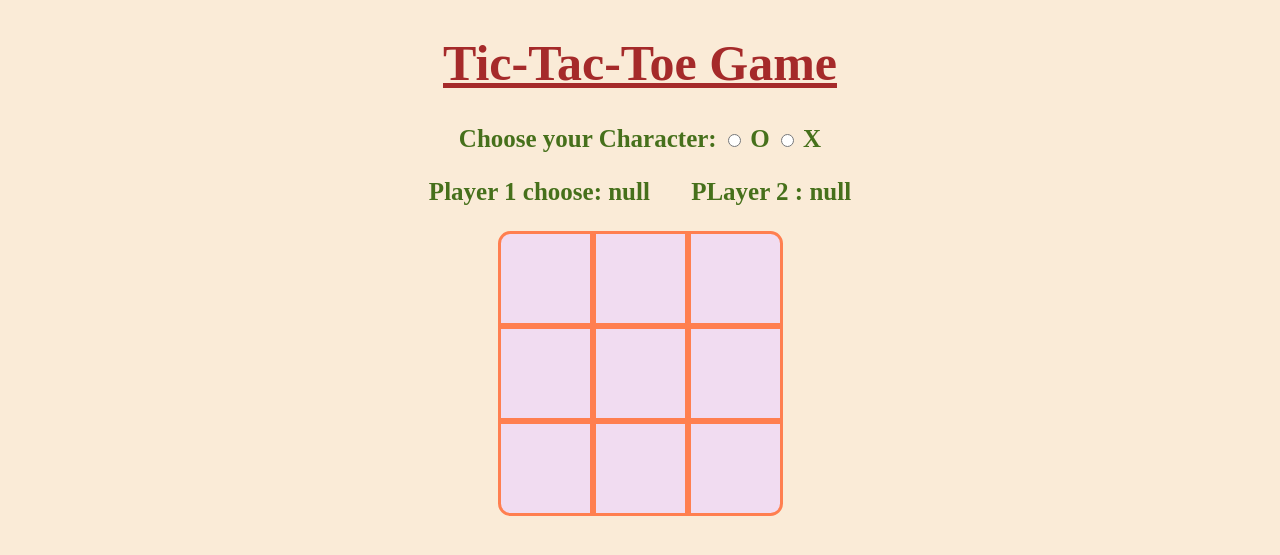
Repository: 0101chaitanya/Tic-Tac-Toe
Page: index.html
These files come from the project's save history. The page is drawn as it stood at one moment and after the next save; the edit follows.
The browser window is 1280 px wide. The pictures show the whole page.

Above is the page before, as saved 2021-06-12 12:45:37.

### index.html
<!DOCTYPE html>
<html>

<head>
    <meta charset="utf-8">
    <title>Tic-Tac-Toe Game</title>
    <meta name="viewport" content="width=device-width, initial-scale=1">

    <link rel="stylesheet" href="styles.css">
</head>

<body>
    <div id='block1'>
        <h1 id="heading">Tic-Tac-Toe Game</h1>
        <form>
            Choose your Character:
            <input value="O" name="radio" onclick="eventFun.setUser(this)" type="radio">
            <label for="O">O</label>
            <input value="X" name="radio" onclick="eventFun.setUser(this)" type="radio">
            <label for="X">X</label>

        </form>
        <div id="player">
            <span id='1'>Player 1 choose:</span>
            <span id='2'>PLayer 2 :</span>
        </div>
        <form id="gameSquare">
            <section id="row1">
                <div id="r1Column1"></div>
                <div id="rlColumn2"></div>
                <div id="rlColumn3"></div>
            </section>
            <section id="row2">
                <div id="r2Column1"></div>
                <div id="r2Column2"></div>
                <div id="r2Column3"></div>
            </section>
            <section id="row3">
                <div id="r3Column1"></div>
                <div id="r3Column2"></div>
                <div id="r3Column3"></div>
            </section>
        </form>
    </div>
    <div id="ResultBox">
        <span id="closebtn">&times;</span>
        <strong id="resultOut"></strong>
    </div>

</body>
<script type="text/javascript" src="script.js"></script>

</html>

### styles.css
:root {
    text-align: center;
    font-weight: bold;
}

* {
    box-sizing: border-box;
}

@media screen and (max-width: 400px) {
     :root {
        font-size: 14px;
    }
}

@media screen and (min-width: 401px) and (max-width: 700px) {
     :root {
        font-size: 18px;
    }
}

@media screen and (min-width: 701px) {
     :root {
        font-size: 25px;
    }
}

body {
    color: rgb(70, 112, 27);
    background: antiquewhite;
    font-weight: bold;
}

h1 {
    color: brown;
    text-decoration: underline;
    text-decoration-style: solid;
}

label>input {
    color: red;
    border: 1px solid;
}

#player {
    display: block;
    margin: 1rem auto 1rem auto;
}

#player>span {
    margin: auto 0.7rem auto 0.7rem;
}

#gameSquare {
    width: min-content;
    height: min-content;
    display: block;
    margin: auto;
}

#gameSquare>section:nth-child(n) {
    /* border-style: solid;
     */
    width: min-content;
    height: min-content;
    display: flex;
    justify-content: center;
    align-items: center;
}

#gameSquare>section:nth-child(n)>div:nth-child(n) {
    display: flex;
    margin: auto;
    width: 3.8rem;
    height: 3.8rem;
    border-style: solid;
    border-width: 0.15rem;
    justify-content: center;
    align-items: center;
    font-size: 1.8rem;
    color: coral;
    background-color: rgb(241, 220, 241);
}

#gameSquare>section:nth-child(1)>div:nth-child(1) {
    border-top-left-radius: 0.5rem;
}

#gameSquare>section:nth-child(1)>div:nth-child(3) {
    border-top-right-radius: 0.5rem;
}

#gameSquare>section:nth-child(3)>div:nth-child(1) {
    border-bottom-left-radius: 0.5rem;
}

#gameSquare>section:nth-child(3)>div:nth-child(3) {
    border-bottom-right-radius: 0.5rem;
}

#ResultBox {
    height: fit-content;
    width: 13rem;
    display: none;
    margin-left: auto;
    margin-right: auto;
    margin-top: 3rem;
    position: relative;
    top: -12rem;
    border-color: rgb(162, 162, 192);
    background-color: rgb(15, 44, 138);
    color: white;
    opacity: 1;
    transition: opacity 0.6s;
    margin-bottom: 15px;
    border-radius: 1rem;
    padding: 1rem;
    text-align: center;
}

#resultOut {
    color: #f0e0e4;
    font-weight: bold;
}

#closebtn {
    margin-left: 15px;
    color: white;
    font-weight: bold;
    float: right;
    font-size: 22px;
    line-height: 20px;
    cursor: pointer;
    transition: 0.3s;
}

#closebtn:hover {
    color: rgb(38, 170, 82);
}

### script.js
"use strict";
let eventFun = (function() {
    let user1Selection, user2Selection, runningCharacter;
    let runningNumber,
        result;

    function init() {
        runningNumber = 0;
    }

    function setUser(given) {
        localStorage.setItem("user1Selection", given.value);
        document.querySelector(`form`).submit();
    }
    user1Selection = localStorage.getItem("user1Selection");
    user2Selection =
        user1Selection != null ? (user1Selection === "X" ? "O" : "X") : null;
    runningCharacter = user1Selection;
    document.getElementById('1').textContent += ` ` + user1Selection || ' ';
    document.getElementById('2').textContent += ` ` + user2Selection || ' ';

    let array = Array.from(
        document.getElementById("gameSquare").querySelectorAll("div")
    );

    function switchRunChar() {
        runningCharacter = runningCharacter === "O" ? "X" : "O";
        runningNumber = runningNumber === 0 ? 1 : 0;
    }

    function text(i) {
        return array[i].textContent;
    }
    let newArray = Array(array.length).fill();

    function arrayCreator(index, incrementer) {
        return [
            newArray[index],
            newArray[index + incrementer],
            newArray[index + 2 * incrementer],
        ];
    }
    let count = 0;

    let horizontalArray;
    let verticalArray;
    let diagonalArray;

    function parser(arrayInput) {
        let arr = arrayInput.map((item, index) => {
            let res = item.reduce((stack, item) => {
                stack += item;
                return stack;
            });
            return res;
        });
        return arr;
    }

    function send(input) {
        let block1 = document.getElementById('block1');
        block1.style.filter = 'blur(0.5rem)';
        document.getElementById('ResultBox').style.display = 'block';
        document.getElementById('resultOut').textContent = input;
        let close = document.getElementById('closebtn');
        close.onclick = function() {
            localStorage.clear();

            document.getElementById('gameSquare').submit();
            let div = this.parentElement;
            div.style.opacity = '0';
            setTimeout(function() {
                div.style.display = "none";
                block1.style.filter = 'blur(0.0rem)';

            }, 600);
        };

    }

    function check(input) {
        input.forEach((item) => {
            if (item === 3) {
                result = item;
                send("Player 2 won");
            } else if (item === 0) {
                result = item;
                send("Player 1 won");
            }
        });
    }

    function checkWin() {
        horizontalArray = [
            arrayCreator(0, 1),
            arrayCreator(3, 1),
            arrayCreator(6, 1),
        ];
        verticalArray = [
            arrayCreator(0, 3),
            arrayCreator(1, 3),
            arrayCreator(2, 3),
        ];
        diagonalArray = [arrayCreator(0, 4), arrayCreator(2, 2)];

        let horizontalParsed = parser(horizontalArray);
        let verticalParsed = parser(verticalArray);

        let diagonalParsed = parser(diagonalArray);
        check(horizontalParsed);
        check(verticalParsed);
        check(diagonalParsed);

        if (count == 8) {
            console.table(horizontalArray, verticalArray, diagonalArray);
            console.table({
                horizontalParsed: horizontalParsed,
                verticalParsed: verticalParsed,
                diagonalParsed: diagonalParsed,
            });
            console.table(newArray);
            if (result == undefined) {
                send("draw");
            }
        }
    }

    let setOutput = function(e, index) {
        e.target.textContent = runningCharacter;
        e.target.removeEventListener("click", (e) => setOutput(e));
        newArray.splice(index, 1, runningNumber);
        switchRunChar();
        checkWin();

        count++;
    };
    array.forEach((item, index) => {
        item.textContent = "";
        item.addEventListener("click", (e) => setOutput(e, index), { once: true });
    });
    return { result, array, setOutput, setUser, count };
})();

After the next save:
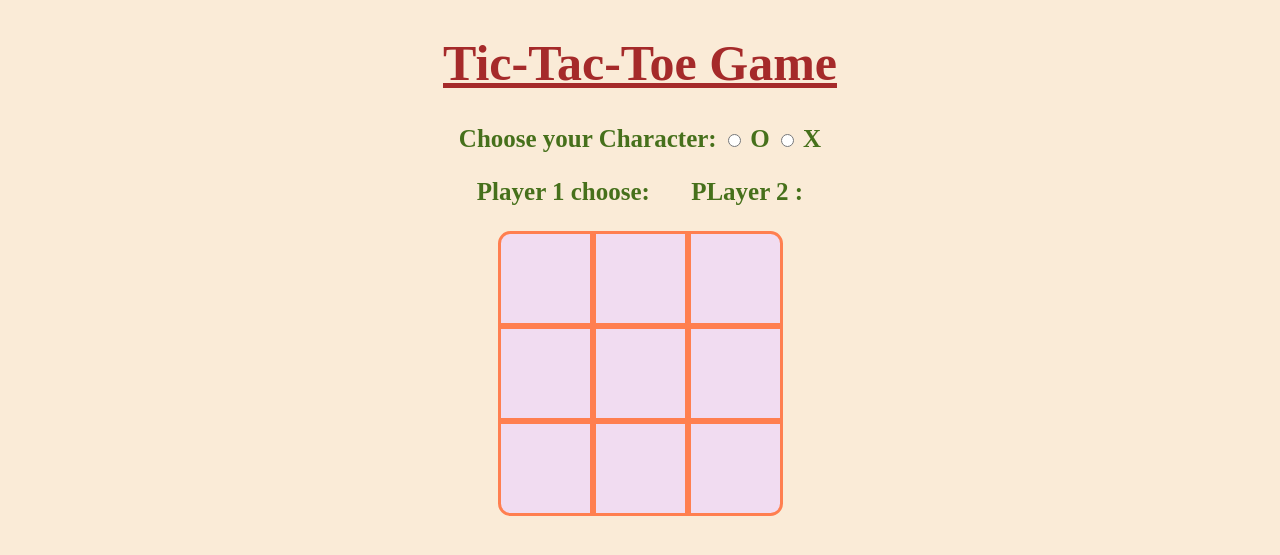
Console error: ReferenceError: user1Selection is not defined
Saved 77 s later.
--- a/script.js
+++ b/script.js
@@ -1,23 +1,27 @@
 "use strict";
+document.getElementById('1').textContent += ` ` + user1Selection || ' ';
+document.getElementById('2').textContent += ` ` + user2Selection || ' ';
+
 let eventFun = (function() {
     let user1Selection, user2Selection, runningCharacter;
     let runningNumber,
         result;
 
-    function init() {
-        runningNumber = 0;
-    }
 
     function setUser(given) {
         localStorage.setItem("user1Selection", given.value);
         document.querySelector(`form`).submit();
     }
-    user1Selection = localStorage.getItem("user1Selection");
-    user2Selection =
-        user1Selection != null ? (user1Selection === "X" ? "O" : "X") : null;
-    runningCharacter = user1Selection;
-    document.getElementById('1').textContent += ` ` + user1Selection || ' ';
-    document.getElementById('2').textContent += ` ` + user2Selection || ' ';
+
+    function init() {
+        runningNumber = 0;
+        user1Selection = localStorage.getItem("user1Selection");
+        user2Selection =
+            user1Selection != null ? (user1Selection === "X" ? "O" : "X") : null;
+        runningCharacter = user1Selection;
+
+    }
+
 
     let array = Array.from(
         document.getElementById("gameSquare").querySelectorAll("div")

After the save that followed:
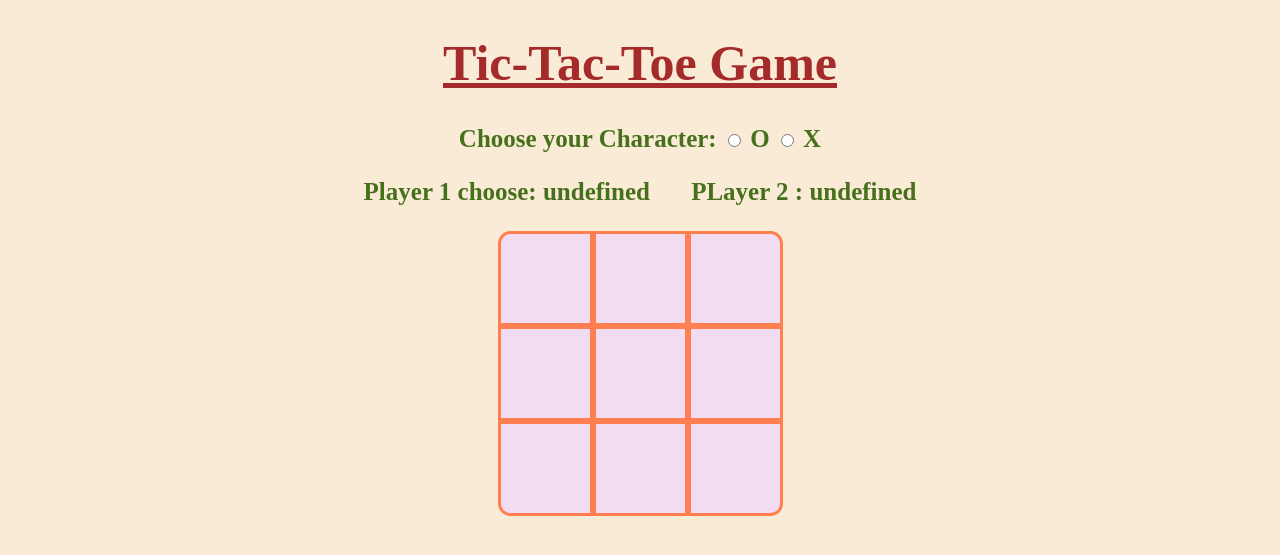
The error is gone.
Saved 10 s later.
--- a/script.js
+++ b/script.js
@@ -1,9 +1,10 @@
 "use strict";
-document.getElementById('1').textContent += ` ` + user1Selection || ' ';
-document.getElementById('2').textContent += ` ` + user2Selection || ' ';
 
 let eventFun = (function() {
     let user1Selection, user2Selection, runningCharacter;
+    document.getElementById('1').textContent += ` ` + user1Selection || ' ';
+    document.getElementById('2').textContent += ` ` + user2Selection || ' ';
+
     let runningNumber,
         result;
 
